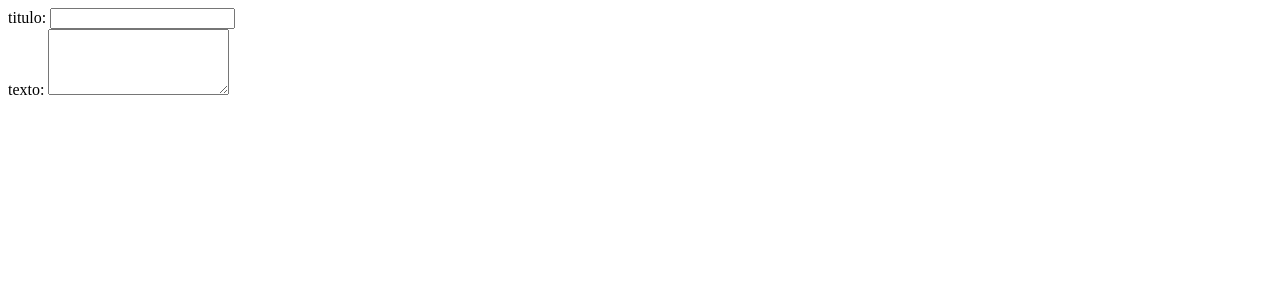
Repository: IKARDI54/cursoJEE
Page: javascript03ajax/WebContent/registrarNovedad.html
An editor plug-in stored every save of this project. The page is shown before and after the next save, followed by the edit.
The browser window is 1280 px wide. The pictures show the whole page.

Above is the page before, as saved 2019-09-03 13:23:53.

### javascript03ajax/WebContent/registrarNovedad.html
<form>
titulo: <input name="titulo" type="text"/><br/>
texto: <textarea name="texto" rows="4" cols="20"></textarea>
</form>

After the next save:
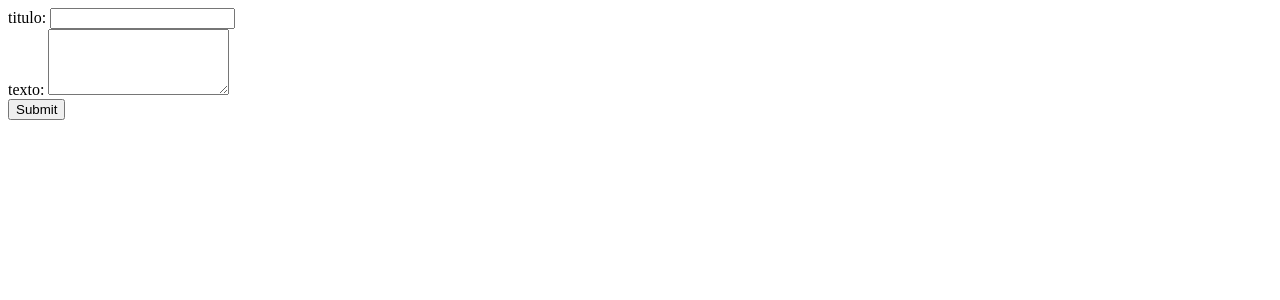
Saved 42 s later.
--- a/javascript03ajax/WebContent/registrarNovedad.html
+++ b/javascript03ajax/WebContent/registrarNovedad.html
@@ -1,4 +1,5 @@
 <form>
 titulo: <input name="titulo" type="text"/><br/>
-texto: <textarea name="texto" rows="4" cols="20"></textarea>
+texto: <textarea name="texto" rows="4" cols="20"></textarea><br/>
+<input type="submit"/>
 </form>
